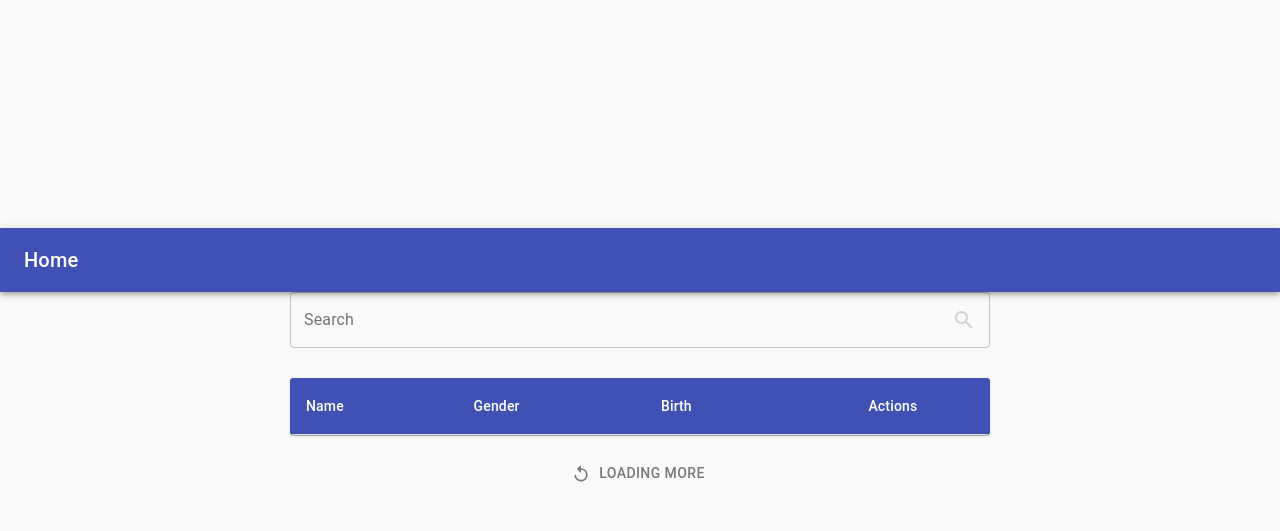
Repository: GabrielBrandaoProjetos/patient-manager
Page: /
The author's editor kept a copy of each file at every save. The page is drawn from the files as they stood at one save, then again after the next save.
The browser window is 1280 px wide. The pictures show the whole page.
The page's requests for data from a server got no answer. The project was rebuilt for these pictures with package versions that can differ from the ones it lists, and the page was loaded fresh each time. No one was signed in, and anything a server would have sent is missing.

Above is the page before, as saved 2021-09-14 18:39:12.

After the next save:
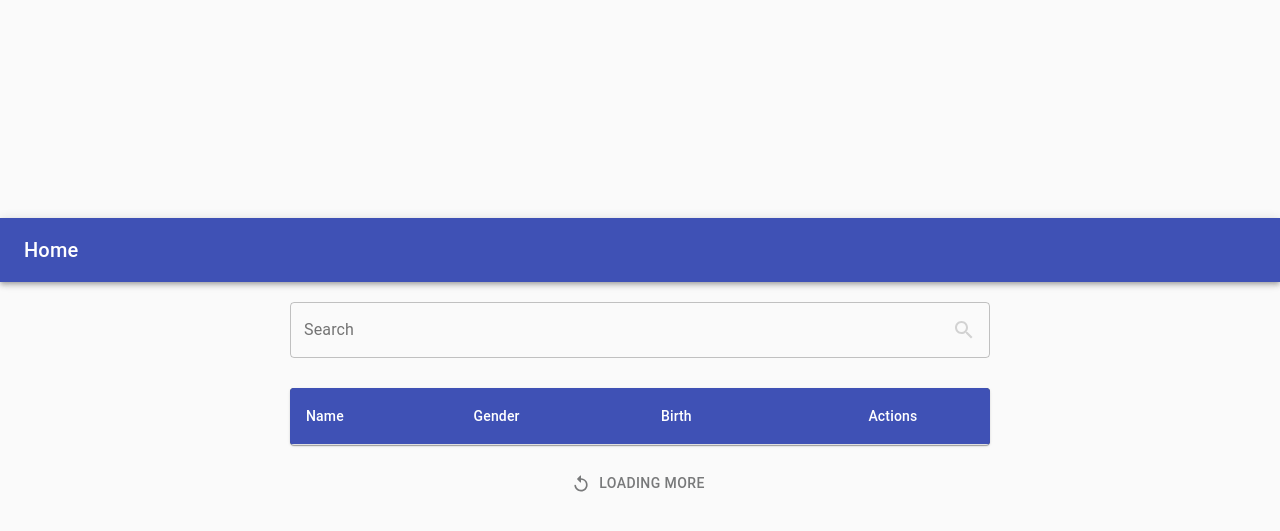
Saved 45 s later.
--- a/src/pages/Home/Home.tsx
+++ b/src/pages/Home/Home.tsx
@@ -20,6 +20,7 @@ const useStyles = makeStyles((theme: Theme) =>
     form: {
       maxWidth: 700,
       width: "100%",
+      marginTop: 20
     },
     outlinedInput: {
 
